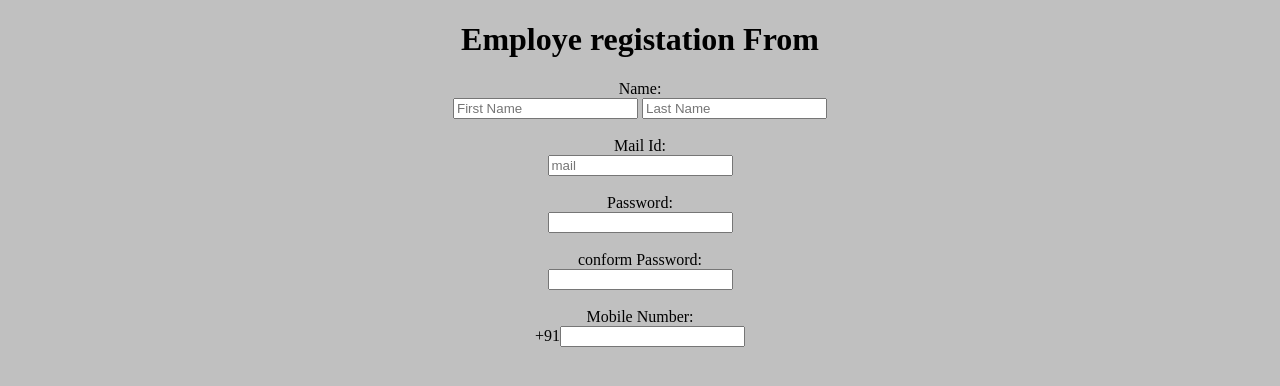
Repository: AbubakarShaik/Java_J2EE_Project
Page: http://localhost/com.testprojectServlet/Registration.jsp
The author's editor kept a copy of each file at every save. The page is drawn from the files as they stood at one save, then again after the next save.
The browser window is 1280 px wide. The pictures show the whole page.
The page is served by Tomcat 9.

Above is the page before, as saved 2016-12-19 18:26:51.

After the next save:
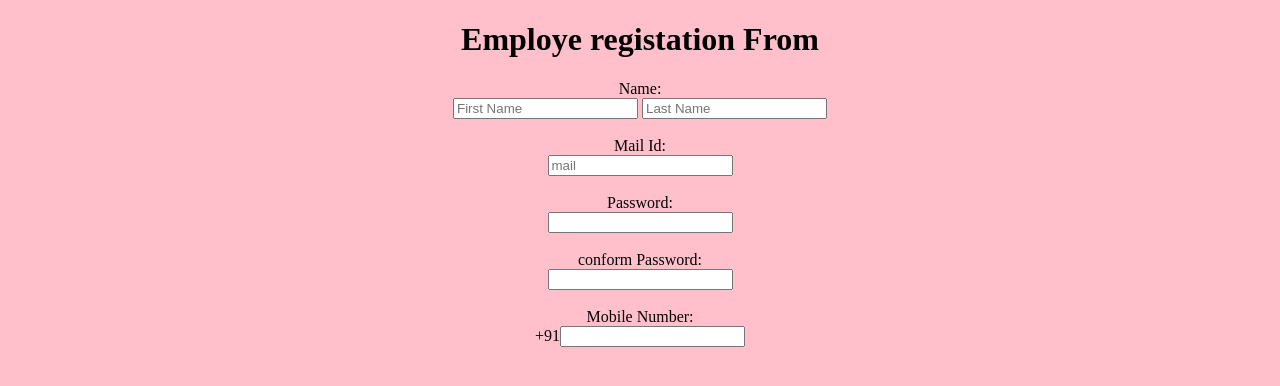
Saved 17 s later.
--- a/com.testprojectServlet/WebContent/Registration.jsp
+++ b/com.testprojectServlet/WebContent/Registration.jsp
@@ -6,7 +6,7 @@
 <meta http-equiv="Content-Type" content="text/html; charset=ISO-8859-1">
 <title>Insert title here</title>
 </head>
-<body bgcolor="silver">
+<body bgcolor="pink">
 
 <center>
 
